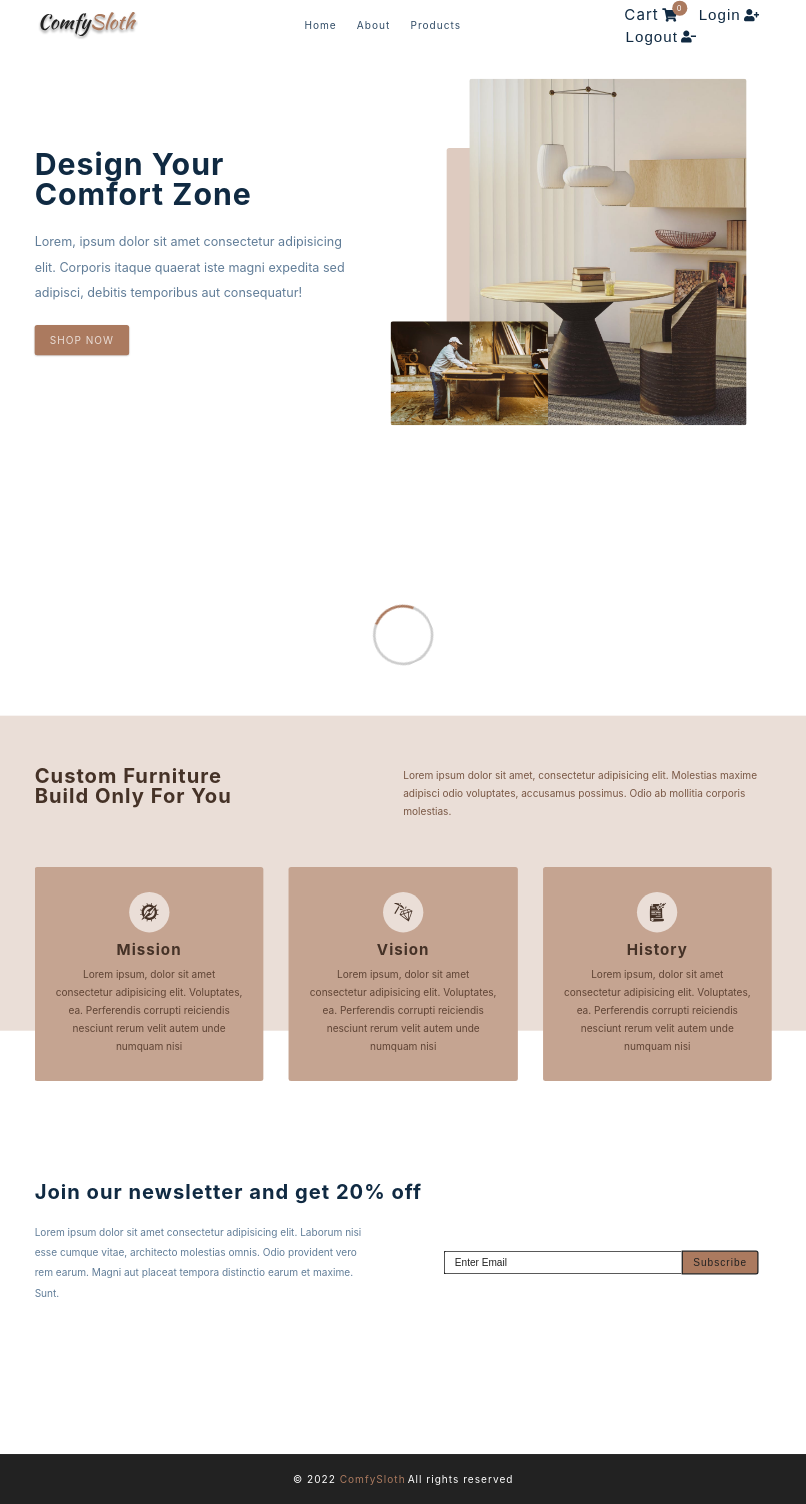
Repository: MateuszWorek/react-comfy-store
Page: /
The author's editor kept a copy of each file at every save. The page is drawn from the files as they stood at one save, then again after the next save.
The browser window is 1280 px wide. The pictures show the whole page, at 63% of full size.
The page's requests for data from a server got no answer. The project was rebuilt for these pictures with package versions that can differ from the ones it lists, and the page was loaded fresh each time. A package was used in the major version that the imports need, not the one package.json lists. No one was signed in, and anything a server would have sent is missing. Also part of the build but not shown: src/components/Error.js, src/utils/helpers.js, src/components/Product.js, src/components/ProductImages.js, src/components/AddToCart.js, src/components/Filters.js, src/components/GridView.js, src/components/ListView.js and 16 more. Imported but missing from the stored project, and not drawn on this page: src/components/AmountButtons.

Above is the page before, as saved 2022-07-23 14:11:14.

After the next save:
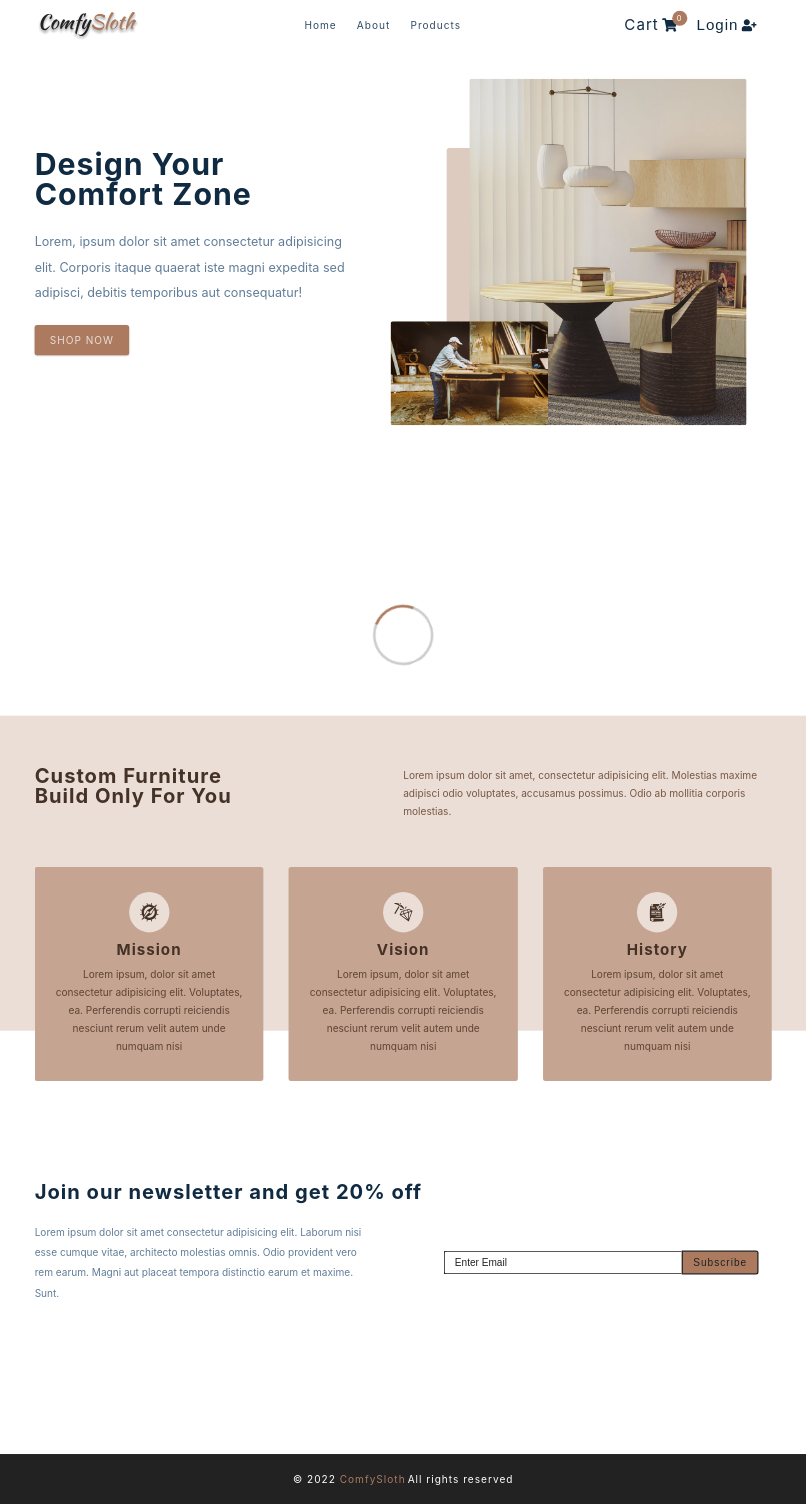
Saved 1 s later.
--- a/src/components/CartButtons.js
+++ b/src/components/CartButtons.js
@@ -20,16 +20,19 @@ const CartButtons = () => {
           <span className='cart-value'>{total_items}</span>
         </span>
       </Link>
-      <button type='button' className='auth-btn' onClick={loginWithRedirect}>
-        Login <FaUserPlus />
-      </button>
-      <button
-        type='button'
-        className='auth-btn'
-        onClick={() => logout({ returnTo: window.location.origin })}
-      >
-        Logout <FaUserMinus />
-      </button>
+      {myUser ? (
+        <button
+          type='button'
+          className='auth-btn'
+          onClick={() => logout({ returnTo: window.location.origin })}
+        >
+          Logout <FaUserMinus />
+        </button>
+      ) : (
+        <button type='button' className='auth-btn' onClick={loginWithRedirect}>
+          Login <FaUserPlus />
+        </button>
+      )}
     </Wrapper>
   );
 };
